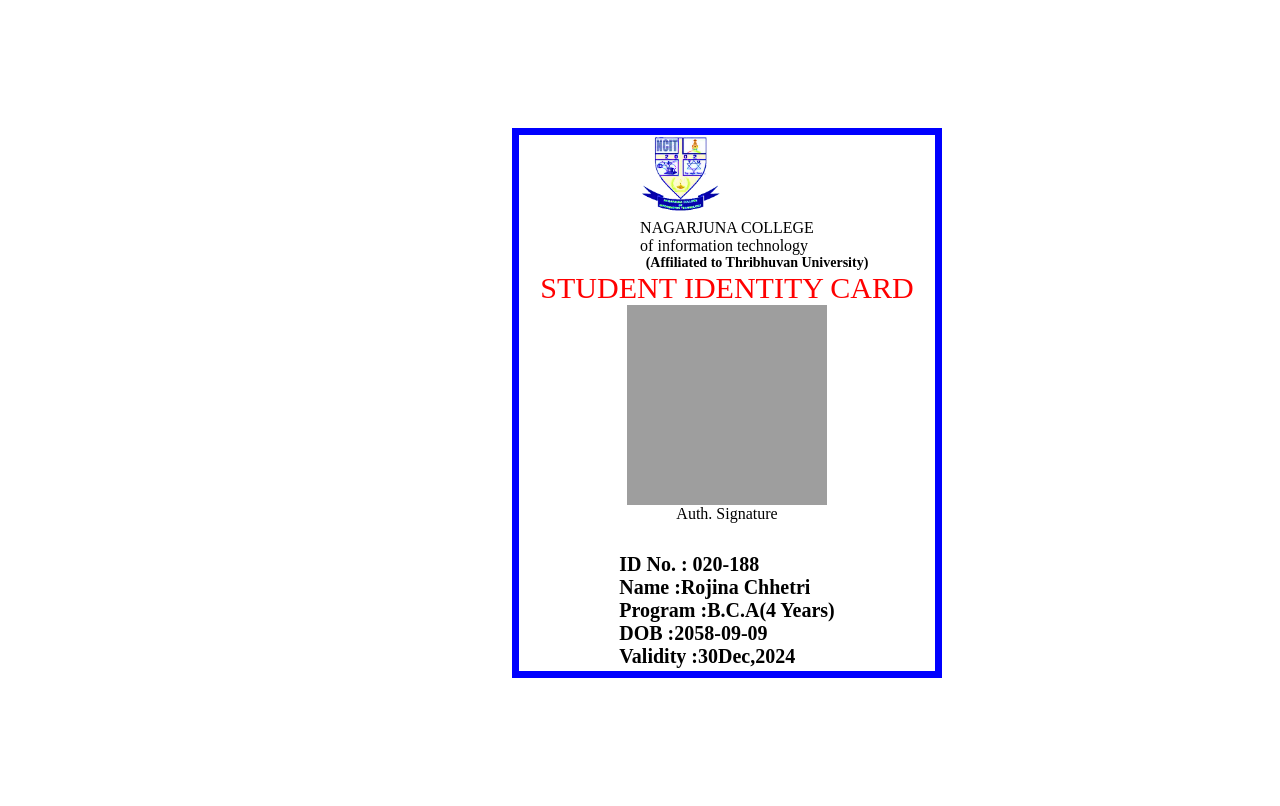
Repository: Rojinachhetri/roji
Page: rojina.html
The author's editor kept a copy of each file at every save. The page is drawn from the files as they stood at one save, then again after the next save.
The browser window is 1280 px wide. The pictures show the whole page.
Pictures or frames that could not be fetched are drawn as grey boxes.

Above is the page before, as saved 2023-04-24 22:25:07.

### rojina.html
<!DOCTYPE html>
<html lang="en">

<head>
    <meta charset="UTF-8">
    <meta http-equiv="X-UA-Compatible" content="IE=edge">
    <meta name="viewport" content="width=device-width, initial-scale=1.0">
    <title>Nagrajuna college</title>
    <link rel="stylesheet" href="rojina.css">
</head>

<body>
    <div class="container">
        <div class="hero">
            <div class="logo">
                <img src="logo1.png" alt="logo" height="80px" width="80px">

            </div>
            <div class="container_text">
                <div class="name">NAGARJUNA COLLEGE</div>
                <div class="class1">of information technology</div>
            </div>
        </div>
        <div class="header">(Affiliated to Thribhuvan University)
        </div>
        <div class="student">STUDENT IDENTITY CARD</div>
        <div class="hero1">
            <img src="./rojinaa.jpg" alt="picture" height="200px" width="200px">
            <div>Auth. Signature</div>
        </div>
        <div class="id">
            <div>ID No. : 020-188</div>
            <div>Name :Rojina Chhetri</div>
            <div>Program :B.C.A(4 Years)</div>
            <div>DOB :2058-09-09</div>
            <div>Validity :30Dec,2024</div>
        </div>

    </div>


</body>

</html>

### rojina.css
    * {
        box-sizing: border-box;
        padding: 0px;
        margin: 0px;
    }

    .container {
        width: 430px;
        height: 550px;
        background-color: white;
        border: 7px solid blue;
        display: flex;
        flex-direction: column;
        align-items: center;
        margin: 10% 40% 10% 40%;
    }

    .header {
        font-size: 14px;
        font-weight: bold;
        margin-left: 60px;
    }

    .hero1 {
        display: flex;
        flex-direction: column;
        align-items: center;
    }

    .student {
        font-size: 30px;
        font-weight: 500;
        font-family: 'Times New Roman', Times, serif;
        color: red;
    }

    .id {
        font-size: 20px;
        margin-top: 30px;
        font-weight: bold;
    }

After the next save:
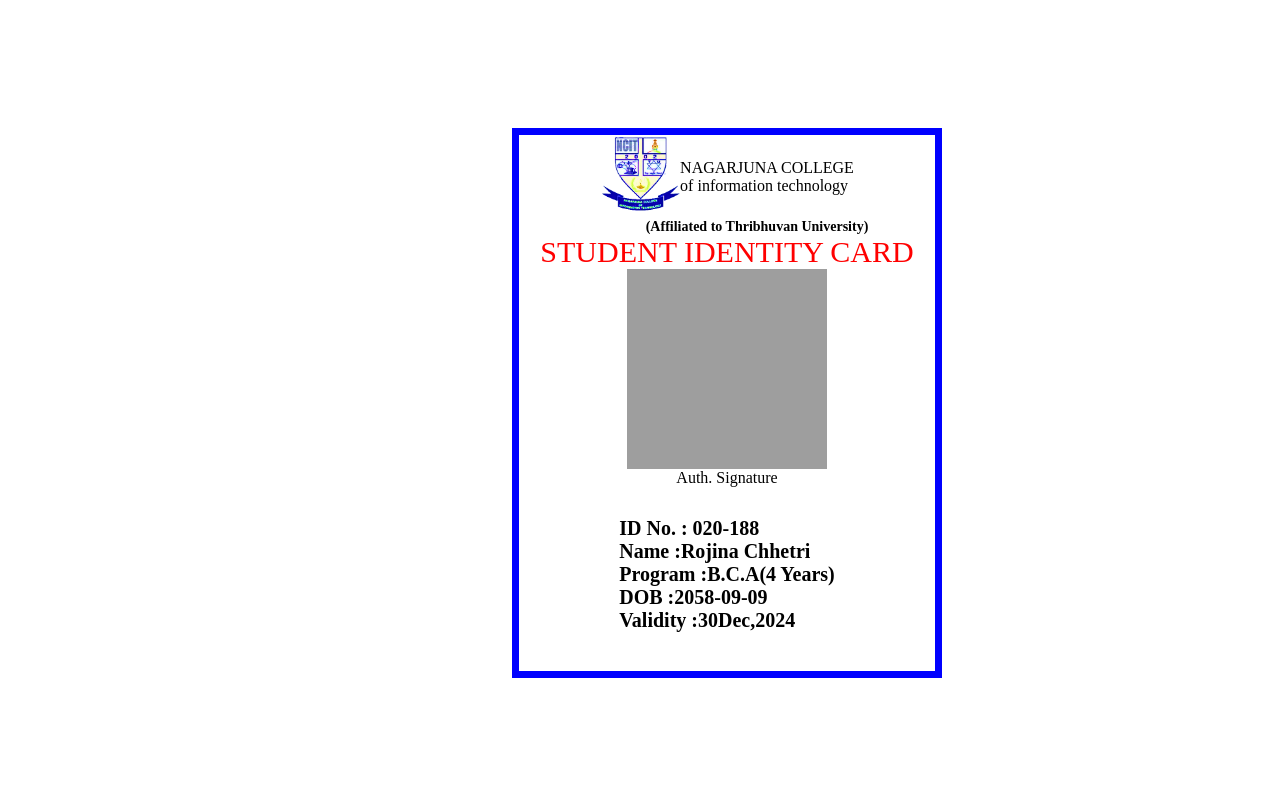
Saved 28 s later.
--- a/rojina.css
+++ b/rojina.css
@@ -13,6 +13,12 @@
         flex-direction: column;
         align-items: center;
         margin: 10% 40% 10% 40%;
+    }
+
+    .hero {
+        display: flex;
+        flex-direction: row;
+        align-items: center;
     }
 
     .header {
